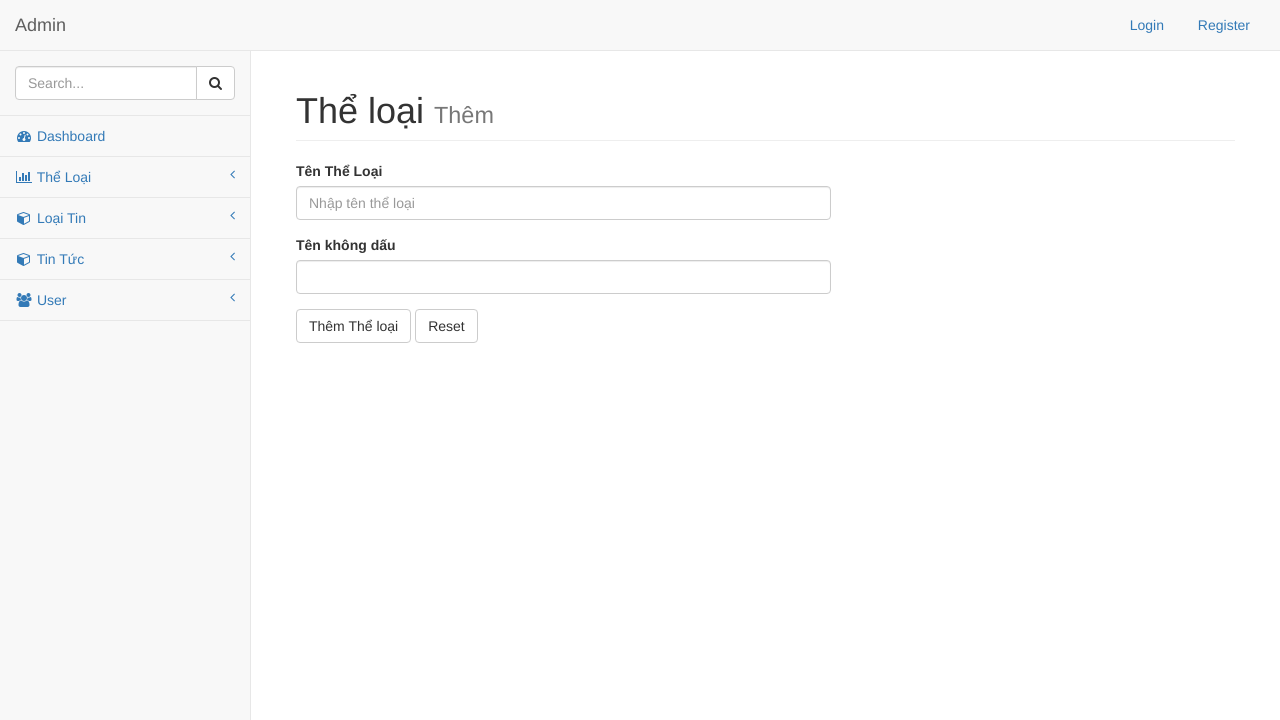
Repository: xuanthanh1998/Laravel
Page: http://localhost/admin/theloai/them
The author's editor kept a copy of each file at every save. The page is drawn from the files as they stood at one save, then again after the next save.
The browser window is 1280 px wide. The pictures show the whole page.
The page is served by the project's Laravel application, run on PHP 8.4 with Laravel 9.

Above is the page before, as saved 2022-05-23 22:07:32.

After the next save:
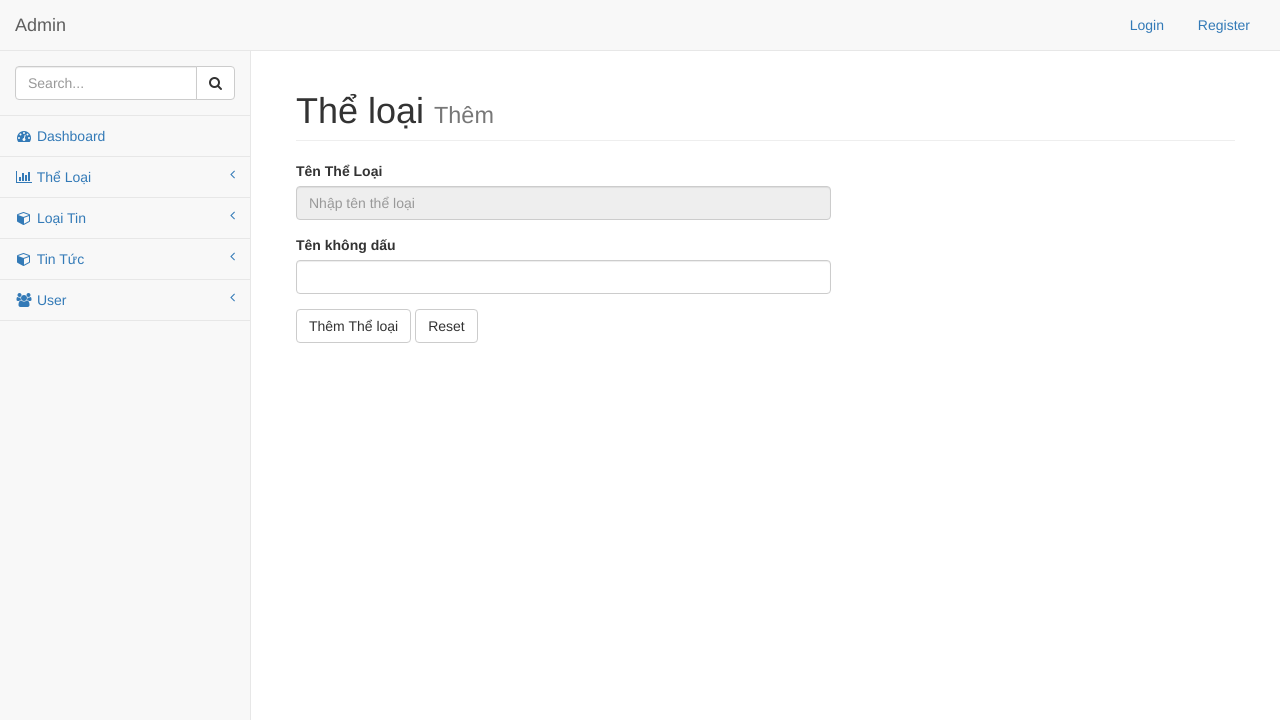
Saved 10 h 45 min later.
--- a/resources/views/admin/theloai/them.blade.php
+++ b/resources/views/admin/theloai/them.blade.php
@@ -30,7 +30,7 @@
                            <input type="hidden" name="_token" value="{{csrf_token()}}" />
                             <div class="form-group">
                                 <label>Tên Thể Loại</label>
-                                <input class="form-control" name="Ten" placeholder="Nhập tên thể loại" required />
+                                <input class="form-control" name="Ten" placeholder="Nhập tên thể loại" readonly />
                             </div>
                             <div class="form-group">
                                 <label>Tên không dấu</label>
